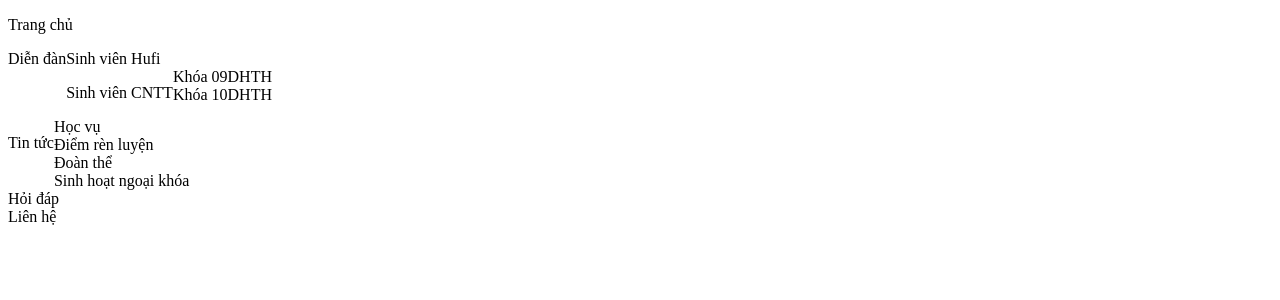
Repository: Tan-Khang21/TH_TKW--Buoi_08
Page: Bai_Tap_Tren_Lop/Bai_02/Bai_02.html
An editor plug-in stored every save of this project. The page is shown before and after the next save, followed by the edit.
The browser window is 1280 px wide. The pictures show the whole page.

Above is the page before, as saved 2024-03-12 20:20:17.

### Bai_Tap_Tren_Lop/Bai_02/Bai_02.html
<!DOCTYPE html>
<html lang="en">
  <head>
    <meta charset="UTF-8" />
    <meta name="viewport" content="width=device-width, initial-scale=1.0" />
    <title>Document</title>
    <link rel="stylesheet" href="style.css" />
  </head>
  <body>
    <ul type="none" class="list1">
      <li class="list1_item">Trang chủ</li>
      <li style="display: flex; align-items: first baseline;" class="list1_item">
        <p>Diễn đàn</p>
        <ul type="none" class="list2">
          <li class="list2_item">Sinh viên Hufi</li>
          <li style="display: flex;" class="list2_item">
            <p>Sinh viên CNTT</p>
            <ul type="none" class="list3">
              <li class="list3_item">Khóa 09DHTH</li>
              <li class="list3_item">Khóa 10DHTH</li>
            </ul>
          </li>
        </ul>
      </li>
      <li style="display: flex;" class="list1_item">
        <p>Tin tức</p>
        <ul type="none" class="list2">
         <li class="list2_item">Học vụ</li>
          <li class="list2_item">Điểm rèn luyện</li>
          <li class="list2_item">Đoàn thể</li>
          <li class="list2_item">Sinh hoạt ngoại khóa</li>
        </ul>
      </li>
      <li class="list1_item">Hỏi đáp</li>
      <li class="list1_item">Liên hệ</li>
    </ul>
  </body>
</html>

### Bai_Tap_Tren_Lop/Bai_02/style.css
ul{
    padding: 0;
}

After the next save:
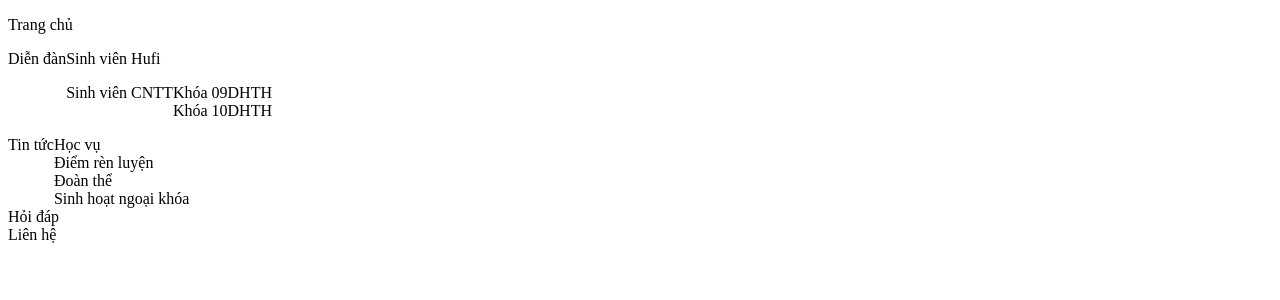
Saved 16 s later.
--- a/Bai_Tap_Tren_Lop/Bai_02/Bai_02.html
+++ b/Bai_Tap_Tren_Lop/Bai_02/Bai_02.html
@@ -13,7 +13,7 @@
         <p>Diễn đàn</p>
         <ul type="none" class="list2">
           <li class="list2_item">Sinh viên Hufi</li>
-          <li style="display: flex;" class="list2_item">
+          <li style="display: flex;  align-items: first baseline;" class="list2_item">
             <p>Sinh viên CNTT</p>
             <ul type="none" class="list3">
               <li class="list3_item">Khóa 09DHTH</li>
@@ -22,7 +22,7 @@
           </li>
         </ul>
       </li>
-      <li style="display: flex;" class="list1_item">
+      <li style="display: flex;  align-items: first baseline;" class="list1_item">
         <p>Tin tức</p>
         <ul type="none" class="list2">
          <li class="list2_item">Học vụ</li>
